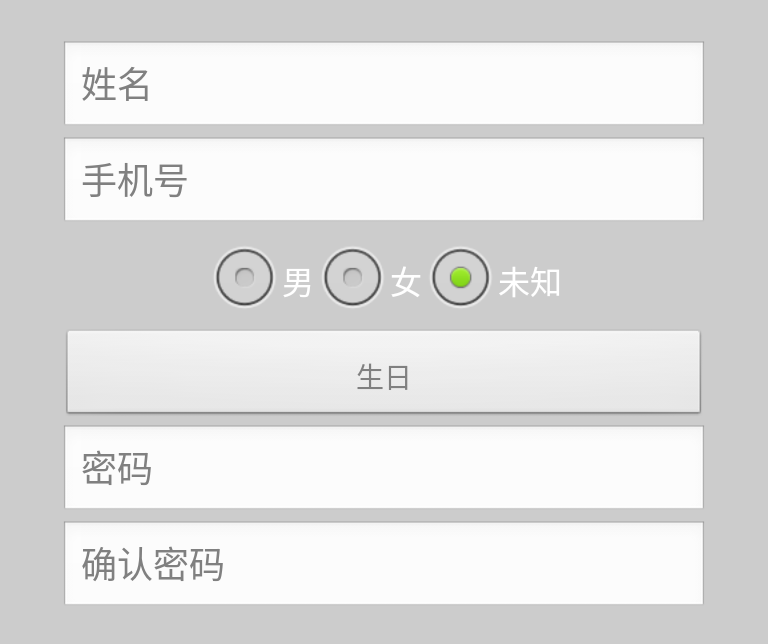
Repository: ligl/YuZhong
Layout: YuZhong/res/layout/update_user_profile.xml
An editor plug-in stored every save of this project. The layout is shown before and after a run of saves, followed by the edit.
The pictures show rows 636 to 1280 of an output 1280 px tall.
It is drawn on a 768 x 1280 px phone screen (xhdpi) without system bars, with theme android:Theme.Black.NoTitleBar; the app's code is not run.

Above is the layout before, as saved 2012-08-04 07:05:19.

### YuZhong/res/layout/update_user_profile.xml
<?xml version="1.0" encoding="utf-8"?>
<ScrollView xmlns:android="http://schemas.android.com/apk/res/android"
    xmlns:app="http://schemas.android.com/apk/res/cn.amose.yuzhong"
    android:layout_width="match_parent"
    android:layout_height="match_parent"
    android:background="#ccc" >

    <LinearLayout
        android:layout_width="match_parent"
        android:layout_height="wrap_content"
        android:orientation="vertical" >

        <RelativeLayout
            android:layout_width="match_parent"
            android:layout_height="wrap_content"
            android:layout_margin="10dp" >

            <ImageButton
                android:layout_width="wrap_content"
                android:layout_height="wrap_content"
                android:layout_alignParentLeft="true"
                android:layout_centerVertical="true"
                android:onClick="onBackClick"
                android:scaleType="fitCenter"
                android:src="@drawable/common_button_back" />

            <ImageButton
                android:layout_width="wrap_content"
                android:layout_height="wrap_content"
                android:layout_alignParentRight="true"
                android:layout_centerVertical="true"
                android:onClick="onCommitClick"
                android:scaleType="fitCenter"
                android:src="@drawable/common_button_commit" />
        </RelativeLayout>

        <FrameLayout
            android:layout_width="@dimen/common_avatar_width"
            android:layout_height="@dimen/common_avatar_height"
            android:layout_gravity="center_horizontal"
            android:layout_marginBottom="20dp" >

            <cn.amose.yuzhong.widget.AsyncImageView
                android:id="@+id/iv_process_user_avatar"
                android:layout_width="@dimen/common_avatar_width"
                android:layout_height="@dimen/common_avatar_height"
                android:layout_gravity="center_horizontal"
                android:background="#f1000000"
                android:scaleType="fitCenter"
                app:defaultSrc="@drawable/ic_launcher" />

            <ImageButton
                android:layout_width="wrap_content"
                android:layout_height="wrap_content"
                android:layout_gravity="bottom|right"
                android:onClick="onAvatarChooserClick"
                android:scaleType="fitCenter"
                android:src="@drawable/common_button_commit" />
        </FrameLayout>

        <LinearLayout
            android:layout_width="match_parent"
            android:layout_height="wrap_content"
            android:layout_marginLeft="30dp"
            android:layout_marginRight="30dp"
            android:orientation="vertical" >

            <EditText
                android:id="@+id/et_process_user_name"
                android:layout_width="match_parent"
                android:layout_height="wrap_content"
                android:hint="@string/process_user_hint_name"
                android:inputType="textPersonName"
                android:singleLine="true" />

            <EditText
                android:id="@+id/et_process_user_mobile"
                android:layout_width="match_parent"
                android:layout_height="wrap_content"
                android:hint="@string/process_user_hint_mobile"
                android:inputType="phone"
                android:singleLine="true" />

            <RadioGroup
                android:id="@+id/rg_process_user_gender"
                android:layout_width="match_parent"
                android:layout_height="wrap_content"
                android:checkedButton="@+id/rbtn_process_user_gender_unkown"
                android:gravity="center_horizontal"
                android:orientation="horizontal" >

                <RadioButton
                    android:id="@+id/rbtn_process_user_gender_male"
                    android:layout_width="wrap_content"
                    android:layout_height="wrap_content"
                    android:text="男" />

                <RadioButton
                    android:id="@+id/rbtn_process_user_gender_female"
                    android:layout_width="wrap_content"
                    android:layout_height="wrap_content"
                    android:text="女" />

                <RadioButton
                    android:id="@+id/rbtn_process_user_gender_unkown"
                    android:layout_width="wrap_content"
                    android:layout_height="wrap_content"
                    android:text="未知" />
            </RadioGroup>

            <Button
                android:id="@+id/btn_process_user_birthday"
                android:layout_width="match_parent"
                android:layout_height="wrap_content"
                android:gravity="center"
                android:hint="@string/process_user_hint_birthday"
                android:onClick="onBirthdaySettingClick"
                android:padding="5dp" />

            <EditText
                android:id="@+id/et_process_user_password"
                android:layout_width="match_parent"
                android:layout_height="wrap_content"
                android:hint="@string/process_user_hint_password"
                android:inputType="textPassword"
                android:singleLine="true" />

            <EditText
                android:id="@+id/et_process_user_repassword"
                android:layout_width="match_parent"
                android:layout_height="wrap_content"
                android:hint="@string/process_user_hint_repassword"
                android:inputType="textPassword"
                android:singleLine="true" />
        </LinearLayout>
    </LinearLayout>

</ScrollView>

### YuZhong/res/values/dimens.xml
<?xml version="1.0" encoding="utf-8"?>
<resources>

    <dimen name="common_avatar_width">250dp</dimen>
    <dimen name="common_avatar_height">250dp</dimen>

</resources>

### YuZhong/res/values/strings.xml
<?xml version="1.0" encoding="utf-8"?>
<resources>

    <string name="app_name">羽众</string>
    <string name="common_toast_connectionfailed">网络连接失败</string>
    <string name="common_toast_connectionnodata">获取数据失败，请重试</string>
    <string name="common_toast_jsonparseerror">JSON解析数据出错</string>
    <string name="common_toast_nodata">没有搜索到您需要的数据</string>
    <string name="common_toast_error">操作失败</string>
    <string name="common_toast_sdcarderror">SD卡不可用，请确认您的SD卡可以正常使用</string>
    <string name="common_toast_sdcardspaceerror">SD卡空间不足</string>
    <string name="common_toast_uploaderror">上传文件失败</string>
    <string name="common_toast_getimagefailed">图片获取失败</string>
    <string name="common_toast_unsupport">不支持该文件类型</string>
    <string name="common_label_loading">正在加载,请稍候...</string>
    <string name="common_dg_title_info">提示</string>
    <string name="common_dg_msg_operation">正在处理，请稍后...</string>
    <!-- pull to refresh -->
    <string name="pull_to_refresh_pull_label">下拉刷新...</string>
    <string name="pull_to_refresh_release_label">松开即可刷新...</string>
    <string name="pull_to_refresh_refreshing_label">正在加载...</string>
    <string name="pull_to_refresh_tap_label">点击刷新...</string>
    <string name="login_label_login">登录</string>
    <string name="login_label_register">注册</string>
    <string name="login_hint_password">密码</string>
    <string name="login_hint_mobile">手机号</string>
    <string name="login_dg_msg_login">正在登录，请稍后...</string>
    <string name="login_toast_namepassworderror">用户名或密码错误</string>
    <string name="process_user_hint_name">姓名</string>
    <string name="process_user_hint_mobile">手机号</string>
    <string name="process_user_hint_birthday">生日</string>
    <string name="process_user_hint_password">密码</string>
    <string name="process_user_hint_repassword">确认密码</string>
    <string name="process_user_toast_registerfailed">注册失败</string>
    <string name="processuser_toast_passworddiffer">两次密码不同，请重新输入</string>

</resources>

After the next 6 saves:
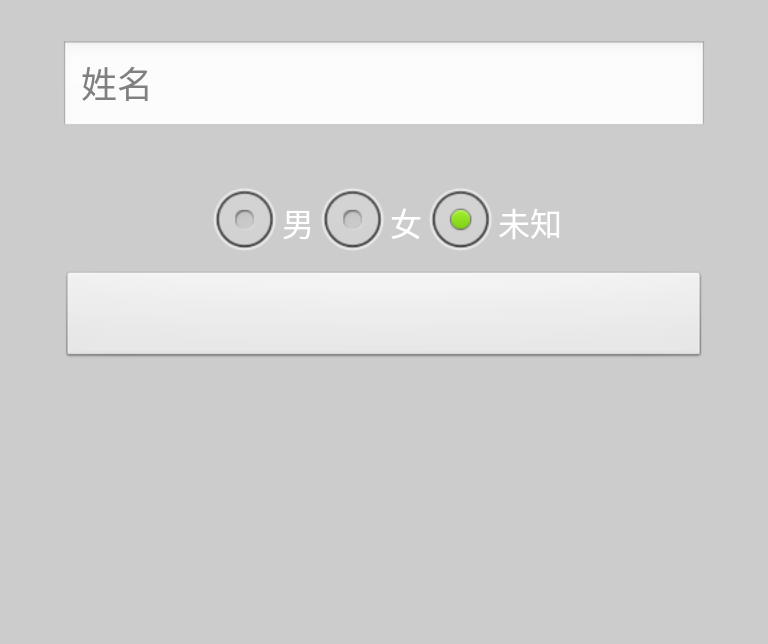
The 6 saves are shown as one change because 4 did not build or start and some came seconds apart.
The last was saved 6 min 59 s later.
--- a/YuZhong/res/layout/update_user_profile.xml
+++ b/YuZhong/res/layout/update_user_profile.xml
@@ -41,7 +41,7 @@
             android:layout_marginBottom="20dp" >
 
             <cn.amose.yuzhong.widget.AsyncImageView
-                android:id="@+id/iv_process_user_avatar"
+                android:id="@+id/iv_update_user_profile_avatar"
                 android:layout_width="@dimen/common_avatar_width"
                 android:layout_height="@dimen/common_avatar_height"
                 android:layout_gravity="center_horizontal"
@@ -66,72 +66,52 @@
             android:orientation="vertical" >
 
             <EditText
-                android:id="@+id/et_process_user_name"
+                android:id="@+id/et_update_user_profile_name"
                 android:layout_width="match_parent"
                 android:layout_height="wrap_content"
                 android:hint="@string/process_user_hint_name"
                 android:inputType="textPersonName"
                 android:singleLine="true" />
 
-            <EditText
-                android:id="@+id/et_process_user_mobile"
+            <TextView
+                android:id="@+id/et_update_user_profile_mobile"
+                android:layout_width="match_parent"
+                android:layout_height="wrap_content" />
+
+            <RadioGroup
+                android:id="@+id/rg_update_user_profile_gender"
                 android:layout_width="match_parent"
                 android:layout_height="wrap_content"
-                android:hint="@string/process_user_hint_mobile"
-                android:inputType="phone"
-                android:singleLine="true" />
-
-            <RadioGroup
-                android:id="@+id/rg_process_user_gender"
-                android:layout_width="match_parent"
-                android:layout_height="wrap_content"
-                android:checkedButton="@+id/rbtn_process_user_gender_unkown"
+                android:checkedButton="@+id/rbtn_update_user_profile_gender_unkown"
                 android:gravity="center_horizontal"
                 android:orientation="horizontal" >
 
                 <RadioButton
-                    android:id="@+id/rbtn_process_user_gender_male"
+                    android:id="@+id/rbtn_update_user_profile_gender_male"
                     android:layout_width="wrap_content"
                     android:layout_height="wrap_content"
                     android:text="男" />
 
                 <RadioButton
-                    android:id="@+id/rbtn_process_user_gender_female"
+                    android:id="@+id/rbtn_update_user_profile_gender_female"
                     android:layout_width="wrap_content"
                     android:layout_height="wrap_content"
                     android:text="女" />
 
                 <RadioButton
-                    android:id="@+id/rbtn_process_user_gender_unkown"
+                    android:id="@+id/rbtn_update_user_profile_gender_unkown"
                     android:layout_width="wrap_content"
                     android:layout_height="wrap_content"
                     android:text="未知" />
             </RadioGroup>
 
             <Button
-                android:id="@+id/btn_process_user_birthday"
+                android:id="@+id/btn_update_user_profile_birthday"
                 android:layout_width="match_parent"
                 android:layout_height="wrap_content"
                 android:gravity="center"
-                android:hint="@string/process_user_hint_birthday"
                 android:onClick="onBirthdaySettingClick"
                 android:padding="5dp" />
-
-            <EditText
-                android:id="@+id/et_process_user_password"
-                android:layout_width="match_parent"
-                android:layout_height="wrap_content"
-                android:hint="@string/process_user_hint_password"
-                android:inputType="textPassword"
-                android:singleLine="true" />
-
-            <EditText
-                android:id="@+id/et_process_user_repassword"
-                android:layout_width="match_parent"
-                android:layout_height="wrap_content"
-                android:hint="@string/process_user_hint_repassword"
-                android:inputType="textPassword"
-                android:singleLine="true" />
         </LinearLayout>
     </LinearLayout>
 
